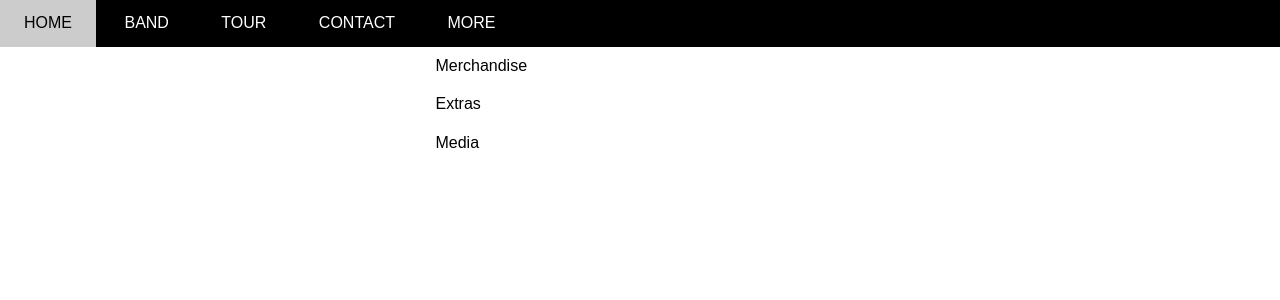
Repository: Thanhtrunghoang123/the-band
Page: index.html
An editor plug-in stored every save of this project. The page is shown before and after the next save, followed by the edit.
The browser window is 1280 px wide. The pictures show the whole page.

Above is the page before, as saved 2022-07-18 09:35:54.

### index.html
<!DOCTYPE html>
<html lang="en">
<head>
    <meta charset="UTF-8">
    <meta http-equiv="X-UA-Compatible" content="IE=edge">
    <meta name="viewport" content="width=device-width, initial-scale=1.0">
    <title>Document</title>
    <link rel="stylesheet" href="/assest/css/style.css">
</head>
<body>
    <div id="main">
        <div id="header">
            <ul id="nav">
                <li><a href="">Home</a></li>
                <li><a href="">Band</a></li>
                <li><a href="">Tour</a></li>
                <li><a href="">Contact</a></li>
                <li>
                    <a href="">More</a>
                    <ul class="subnav">
                        <li><a href="">Merchandise</a></li>
                        <li><a href="">Extras</a></li>
                        <li><a href="">Media</a></li>
                    </ul>
                </li>
            </ul>
        </div>

        <div id="slider">

        </div>

        <div id="content">

        </div>

        <div id="footer">

        </div>
    </div>
</body>
</html>

### assest/css/style.css
*{
    margin: 0;
    padding: 0;
    box-sizing: border-box;
}

html{
    font-family: Arial, Helvetica, sans-serif;
}
#main{

}

#header{
    height: 46.5px;
    background-color: #000;
}
#nav , .subnav{
    list-style: none;
}
#nav > li{
    display: inline-block;
}

#nav li{
    position: relative;
}

#nav > li > a {
    color: #fff;
    text-transform: uppercase;
}
#nav li a{
    text-decoration: none;
    line-height: 46.5px;
    padding: 0px 24px;
    display: block;
}

#nav > li:hover > a,
#nav .subnav li:hover a{
    color: #000;
    background-color: #ccc;
}

#nav .subnav{
    /* display: none; */
    position: absolute;
    background-color: #fff;
}
#nav .subnav a{
    color: #000;
    padding:  0px 12px;
    line-height: 38.5px;

}
#slider{

}

#content{

}

#footer{

}

After the next save:
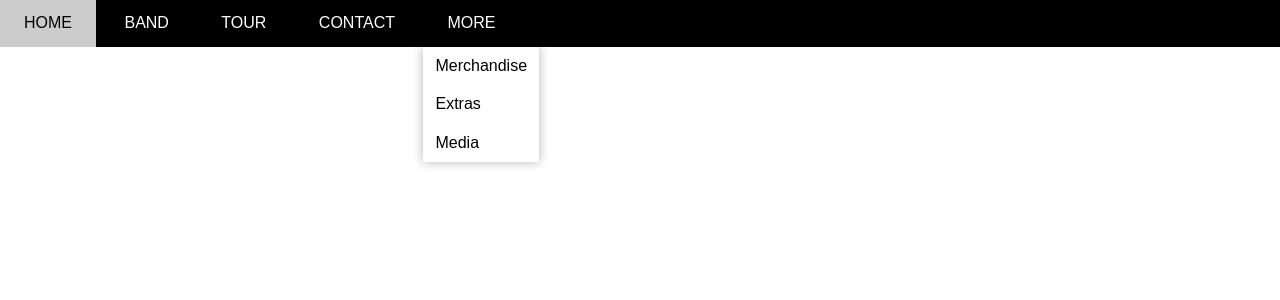
Saved 70 s later.
--- a/assest/css/style.css
+++ b/assest/css/style.css
@@ -47,11 +47,13 @@
     /* display: none; */
     position: absolute;
     background-color: #fff;
+    box-shadow: 0 0 10px rgba(0 , 0 , 0 ,0.3);
 }
 #nav .subnav a{
     color: #000;
     padding:  0px 12px;
     line-height: 38.5px;
+
 
 }
 #slider{
